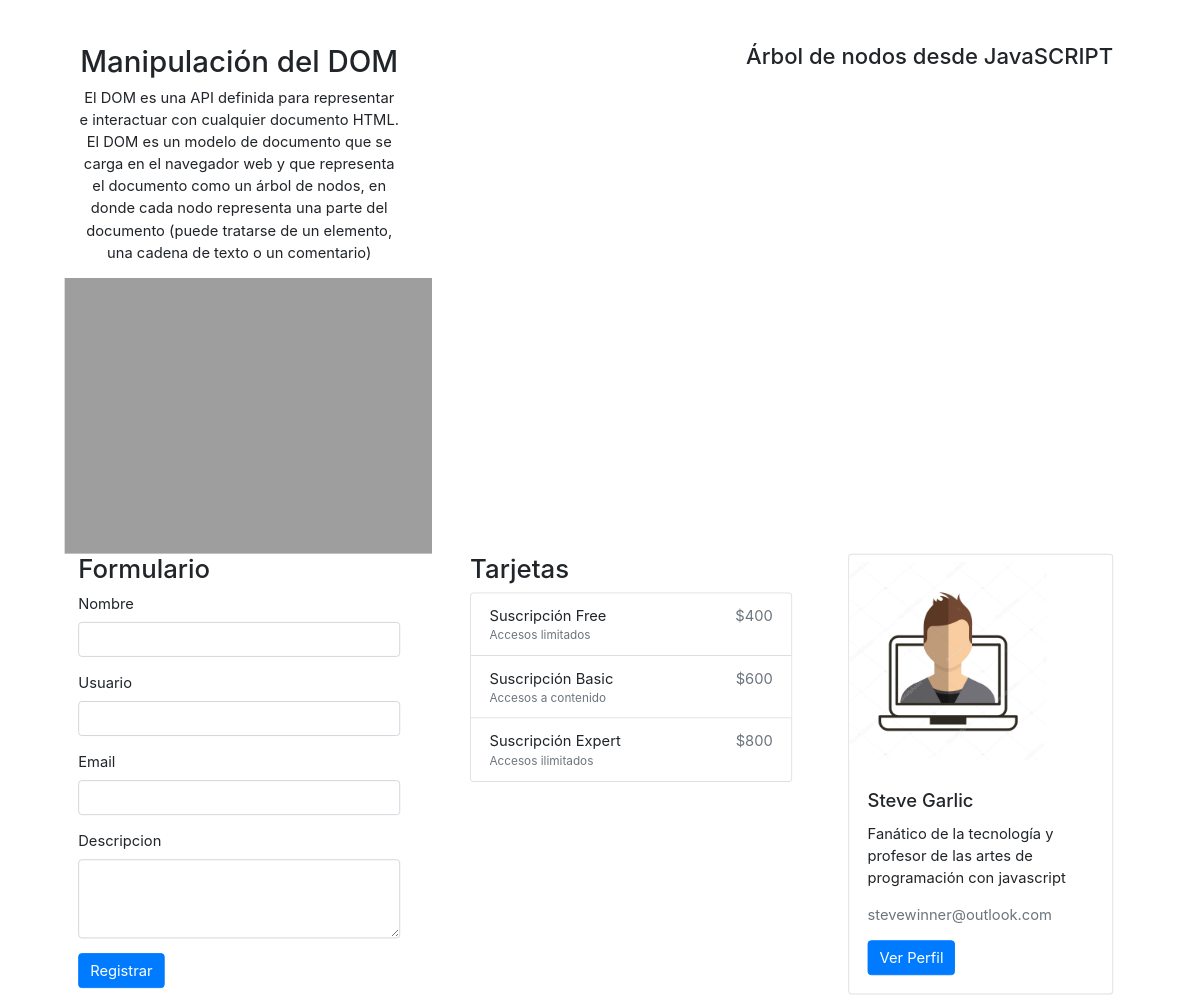
Repository: pedro-donoso/manipulacion-dom
Page: index.html
An editor plug-in stored every save of this project. The page is shown before and after the next save, followed by the edit.
The browser window is 1280 px wide. The pictures show the whole page, at 92% of full size.
Pictures or frames that could not be fetched are drawn as grey boxes.

Above is the page before, as saved 2024-02-06 14:10:10.

### index.html
<!doctype html>
<html lang="es">

<head>
    <!-- Required meta tags -->
    <meta charset="utf-8">
    <meta name="viewport" content="width=device-width, initial-scale=1, shrink-to-fit=no">

    <!-- Bootstrap CSS -->
    <link rel="stylesheet" href="https://cdn.jsdelivr.net/npm/bootstrap@4.3.1/dist/css/bootstrap.min.css"
        integrity="sha384-ggOyR0iXCbMQv3Xipma34MD+dH/1fQ784/j6cY/iJTQUOhcWr7x9JvoRxT2MZw1T" crossorigin="anonymous">

    <title>Manipulación del DOM</title>
</head>

<body>

    <main class="container">

        <!-- 1- AGREGO CLASE container PARA MANIPULAR ESTE PÁRRAFO -->
        <div class="row mt-5 text-center justify-content-between" id="contenedor">
            <div class="col-4 col-md-4">
                <h2>Manipulación del DOM</h2>
                <p>
                    El DOM es una API definida para representar e interactuar con cualquier documento HTML. El DOM es un
                    modelo de documento que se carga en el navegador web y que representa el documento como un árbol de
                    nodos, en donde cada nodo representa una parte del documento (puede tratarse de un elemento, una
                    cadena de texto o un comentario)
                </p>
            </div>
        </div>
        <div class="row justify-content-between">
            <div class="col-4 col-md-4">
                <h3>Formulario</h3>
                <!-- 15- AGREGO id PARA ESCUCHAR EVENTO CLICK -->
                <form id="formulario">
                    <!-- 21- AGREGO ID DE CADA CAMPO -->
                    <label>Nombre</label>
                    <input type="text" class="form-control mb-3" id="nombre">
                    <label>Usuario</label>
                    <input type="text" class="form-control mb-3" id="usuario">
                    <label>Email</label>
                    <input type="email" class="form-control mb-3" id="email">
                    <label>Descripcion</label>
                    <textarea rows="3" class="form-control mb-3" id="descripcion"></textarea>
                    <div>
                        <button class="btn btn-primary mb-3">Registrar</button>
                    </div>
                </form>
            </div>
            <div class="col-4 col-md-4">
                <h3>Tarjetas</h3>
                <div class="card">
                    <ul class="list-group list-group-flush">
                        <li class="list-group-item d-flex justify-content-between">
                            <div class="d-flex flex-column">
                                <span>Suscripción Free</span>
                                <small class="text-muted">Accesos limitados</small>
                            </div>
                            <div>
                                <span class="text-muted">$400</span>
                            </div>
                        </li>
                        <li class="list-group-item d-flex justify-content-between">
                            <div class="d-flex flex-column">
                                <span>Suscripción Basic</span>
                                <small class="text-muted">Accesos a contenido</small>
                            </div>
                            <div>
                                <span class="text-muted">$600</span>
                            </div>
                        </li>
                        <li class="list-group-item d-flex justify-content-between">
                            <div class="d-flex flex-column">
                                <span>Suscripción Expert</span>
                                <small class="text-muted">Accesos ilimitados</small>
                            </div>
                            <div>
                                <span class="text-muted">$800</span>
                            </div>
                        </li>
                    </ul>
                </div>
            </div>

            <!-- 8- AGREGO CARD -->
        <!-- 13- AGREGO ID PARA CAPTURAR CONTENEDOR -->
        <div class="row" id="contenedor_tarjeta">

        </div>

        </div>

    </main>

    <!-- Optional JavaScript -->
    <!-- jQuery first, then Popper.js, then Bootstrap JS -->
    <script src="https://code.jquery.com/jquery-3.3.1.slim.min.js"
        integrity="sha384-q8i/X+965DzO0rT7abK41JStQIAqVgRVzpbzo5smXKp4YfRvH+8abtTE1Pi6jizo"
        crossorigin="anonymous"></script>
    <script src="https://cdn.jsdelivr.net/npm/popper.js@1.14.7/dist/umd/popper.min.js"
        integrity="sha384-UO2eT0CpHqdSJQ6hJty5KVphtPhzWj9WO1clHTMGa3JDZwrnQq4sF86dIHNDz0W1"
        crossorigin="anonymous"></script>
    <script src="https://cdn.jsdelivr.net/npm/bootstrap@4.3.1/dist/js/bootstrap.min.js"
        integrity="sha384-JjSmVgyd0p3pXB1rRibZUAYoIIy6OrQ6VrjIEaFf/nJGzIxFDsf4x0xIM+B07jRM"
        crossorigin="anonymous"></script>

    <script src="./app.js"></script>
</body>

</html>

### app.js
// 2- CREO VARIABLE PARA MANIPULAR HTML
let contenedor = document.querySelector("#contenedor");

// 3- CREAR ELEMENTO SUBTITULO Y LE AGREGO PROPIEDADES
let subtitulo = document.createElement("h4");
subtitulo.innerText = "Árbol de nodos desde JavaSCRIPT";

// 4- OBTENER EL CUERPO DEL DOCUMENTO
let body = document.body;

// 5- AGREGAR EL NUEVO ELEMENTO AL CUERPO DEL DOCUMENTO
body.appendChild(subtitulo);

// 6- AGREGO IMAGEN
let imagen = document.createElement("img");
imagen.src =
  "https://www.freecodecamp.org/news/content/images/2021/09/Document.jpg";
imagen.width = "400";
imagen.height = "300";
imagen.alt = "árbol de nodos";

// 7- AGREGO ELEMENTOS AL CONTENEDOR
contenedor.append(subtitulo, imagen);

// 13- AGREGO CONSTRUCTOR
const autor = {
  nombre: "Steve Garlic",
  usuario: "",
  email: "stevewinner@outlook.com",
  descripcion:
    "Fanático de la tecnología y profesor de las artes de programación con javascript",
  imagen: "./img/icono.jpg"
};

// 19- Agrego const crearTarjeta y agrego todas las funciones del código
const crearTarjeta = () => {
  // 25- CREO DOCUMENTO VACIO
  document.querySelector("#contenedor_tarjeta").innerHTML = "";

  // 9- CREO ESTRUCTURA DEL CODIGO
  let columnaTarjeta = document.createElement("div");
  columnaTarjeta.className = "col";

  // 10- CREO TEMPLATE STRING DEL CONTENIDO DE LA TARJETA AUTOR
  // 14- AGREGO DATOS DEL CONSTRUCTOR (13)
  // 17- CREO EVENTO onclick
  // 19- LLAMAR A eventoClick CON event
  let tarjetaAutor = ` <div class="card" style="width: 18rem;">
        <img class="card-img-top pt-2 w-75" src="${autor.imagen}" alt="Card image cap">
        <div class="card-body">
        <h4 class="card-title">${autor.usuario}</h4>
            <h5 class="card-title">${autor.nombre}</h5>
            <p class="card-text">${autor.descripcion}</p>
            <p class="text-muted">${autor.email}</p>
            <button class="btn btn-primary" onclick="eventoClick(event)">Ver Perfil</button>
        </div>
    </div>`;

  // 11- AGREGO TEMPLATE STRING A columnaTarjeta (HIJO)
  columnaTarjeta.innerHTML = tarjetaAutor;

  // 12- AGREGO columnaTarjeta AL CONTENEDOR (PADRE) MEDIANTE LA SELECCIÓN DEL ID #contenedor_tarjeta
  document.querySelector("#contenedor_tarjeta").append(columnaTarjeta);
};

// 16- Creo constante modificarAutor para agregarla al form en index.html, la función recibirá un evento
  const modificarAutor= (event) => {
    console.log(event);
    event.preventDefault();

    // 22- CAPTURO CAMPOS DEL FORMULARIO
    let nombre = document.querySelector("#nombre").value;
    let usuario = document.querySelector("#usuario").value;
    let email = document.querySelector("#email").value;
     let descripcion = document.querySelector("#descripcion").value;

    // 23- LLAMO A LA CONSTANTE AUTOR
    autor.nombre = nombre;
    autor.usuario = usuario;
    autor.email = email;
    autor.descripcion = descripcion;

    // 24- SE VUELVE A CREAR LA TARJETA CON LOS NUEVOS DATOS
    crearTarjeta();
  };


// 18- CAPTURO EVENTO CLIC DEL BOTON EN EL form MEDIANTE EL ID formulario
document.getElementById("formulario").addEventListener("submit",modificarAutor);

// 20- LLAMO A LA FUNCIÓN
crearTarjeta();

After the next save:
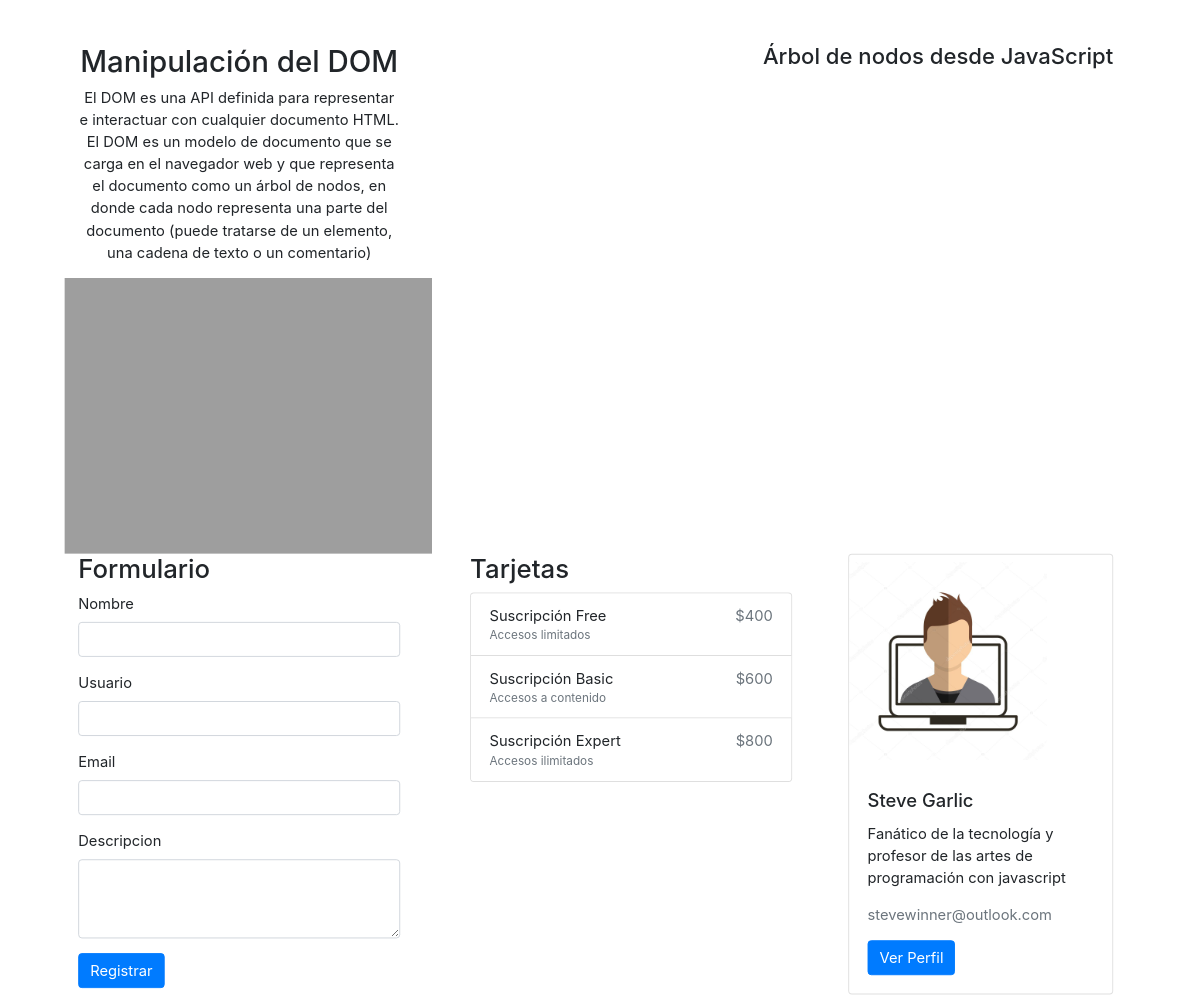
Saved 12 s later.
--- a/app.js
+++ b/app.js
@@ -3,7 +3,7 @@ let contenedor = document.querySelector("#contenedor");
 
 // 3- CREAR ELEMENTO SUBTITULO Y LE AGREGO PROPIEDADES
 let subtitulo = document.createElement("h4");
-subtitulo.innerText = "Árbol de nodos desde JavaSCRIPT";
+subtitulo.innerText = "Árbol de nodos desde JavaScript";
 
 // 4- OBTENER EL CUERPO DEL DOCUMENTO
 let body = document.body;
